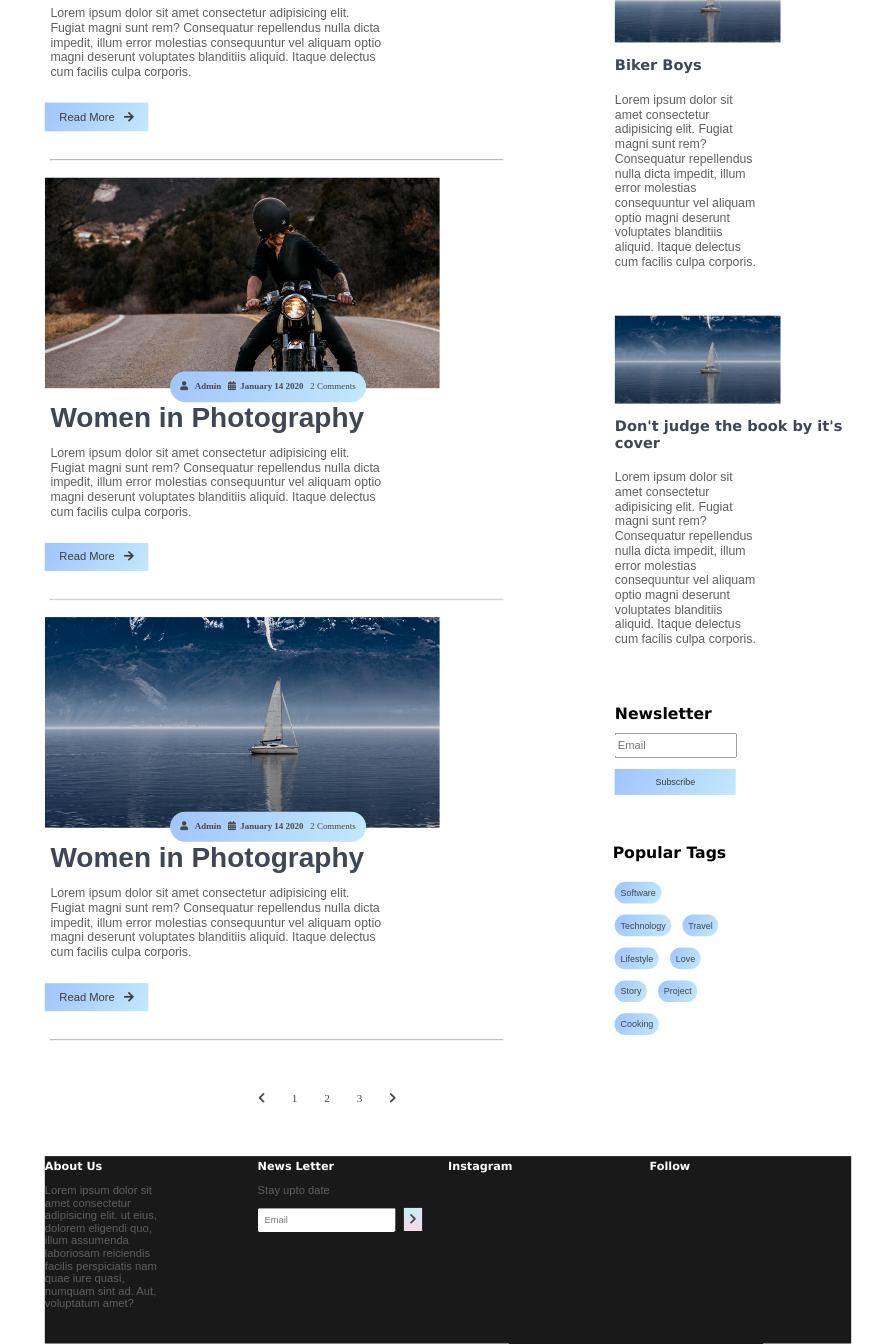
Repository: premjawaharp/Blogsite
Page: index.html
An editor plug-in stored every save of this project. The page is shown before and after a run of saves, followed by the edit.
The browser window is 1280 px wide. The pictures show the part of the page from y = 2301 to 4221 px (the page is 4221 px tall before and 4189 px after), at 70% of full size.

Above is the page before, as saved 2020-09-18 15:21:53.

After the next 3 saves:
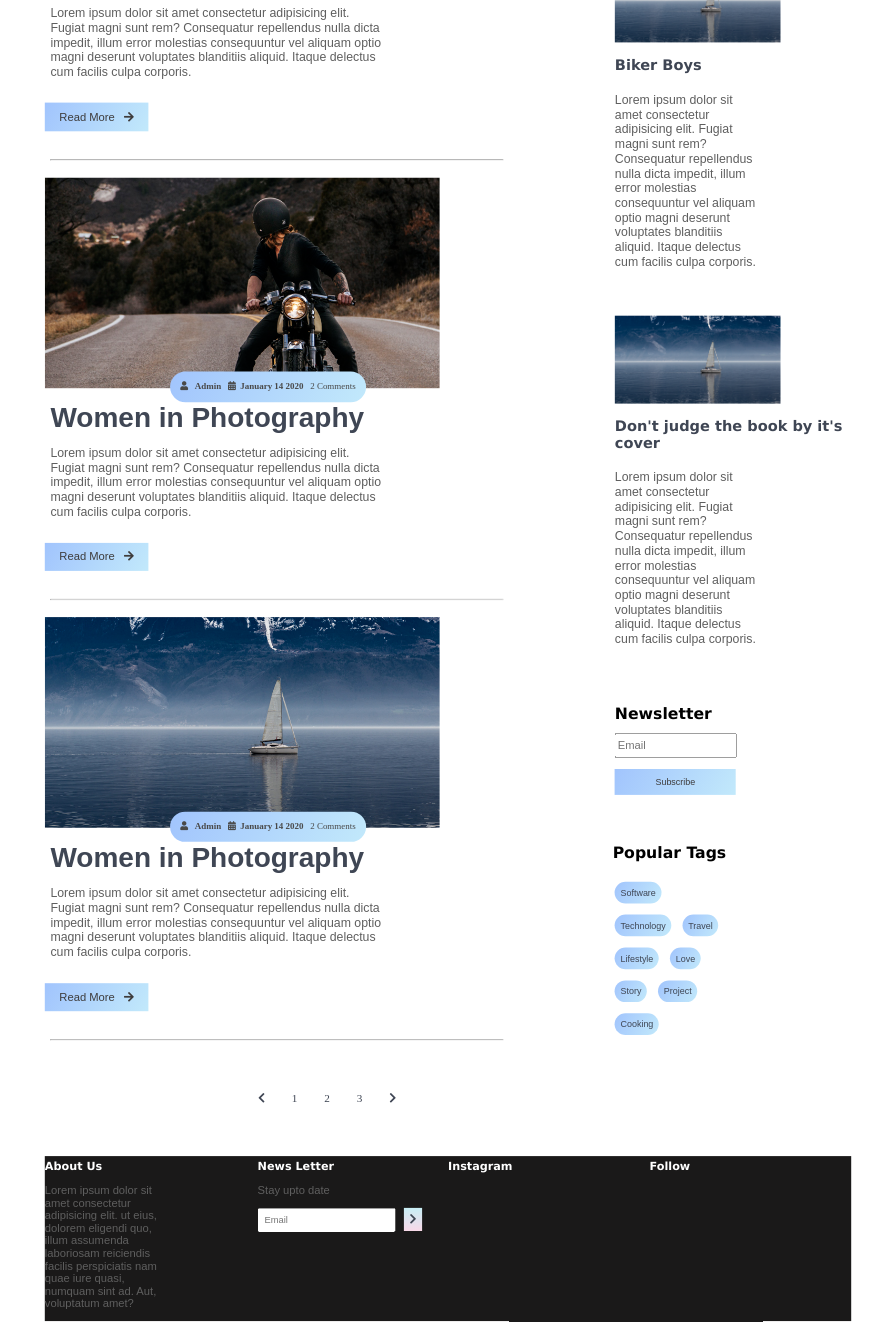
The 3 saves are shown as one change because they came seconds apart.
The last was saved 8 s later.
--- a/css/style.css
+++ b/css/style.css
@@ -455,7 +455,6 @@ main .news-letter .news-form .new-form-btn {
     margin-left: 0rem;
     margin-right: 0rem;
     height: 30%;
-    padding-bottom: 2rem;
 }
 .footer .about-us{
     font-size: 2rem;
